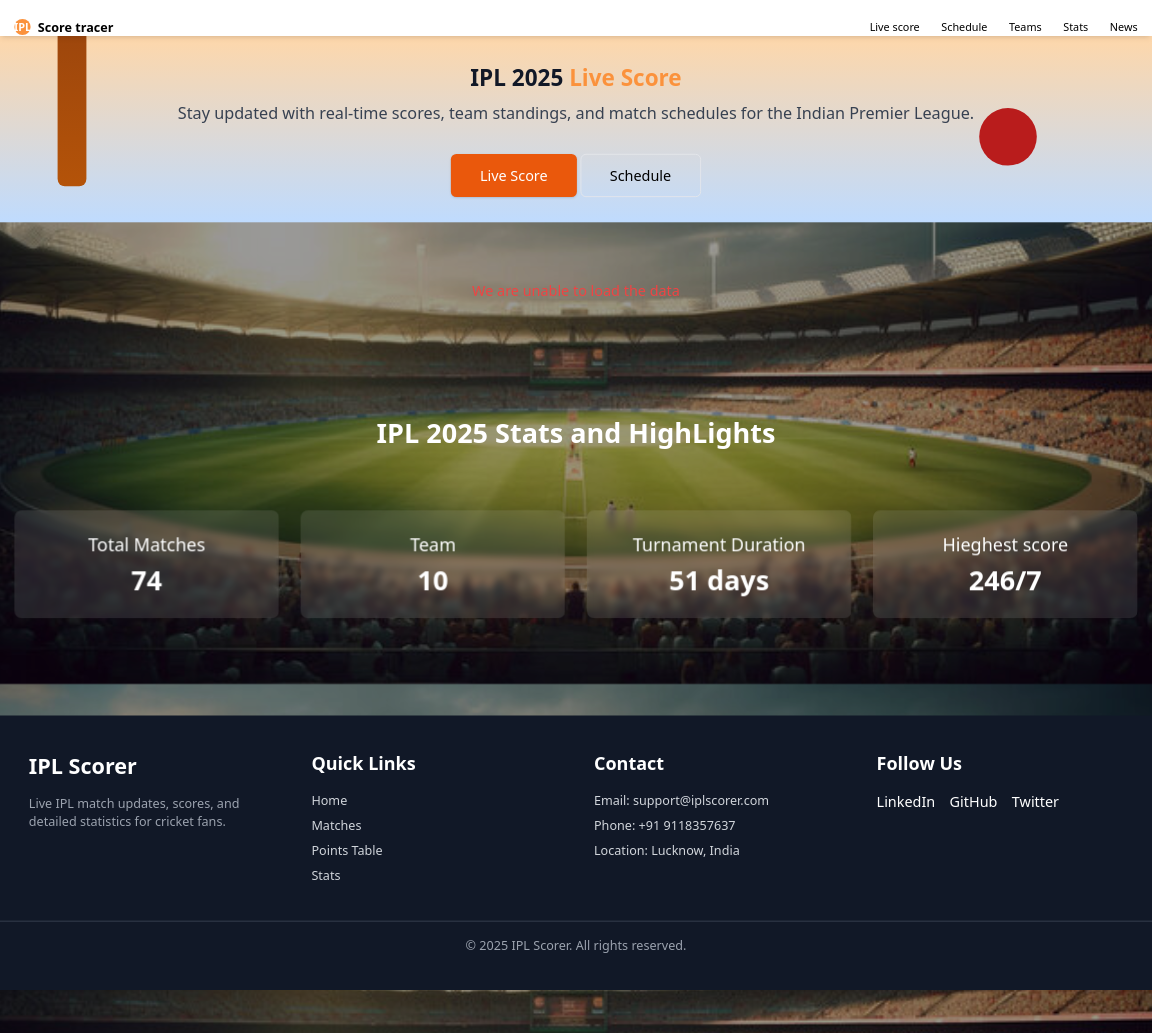
Repository: GauraVPandeyyy/IPL_PointsTable
Page: /
These files come from the project's save history. The page is drawn as it stood at one moment and after a run of saves; the edit follows.
The browser window is 1280 px wide. The pictures show the whole page, at 90% of full size.
The page's requests for data from a server got no answer. Backgrounds fixed to the window are drawn as part of the page. Some web libraries are served in a nearby version. The project was rebuilt for these pictures with package versions that can differ from the ones it lists, and the page was loaded fresh each time. No one was signed in, and anything a server would have sent is missing. Also part of the build but not shown: vite.config.js.

Above is the page before, as saved 2025-04-18 16:21:26.

After the next 2 saves:
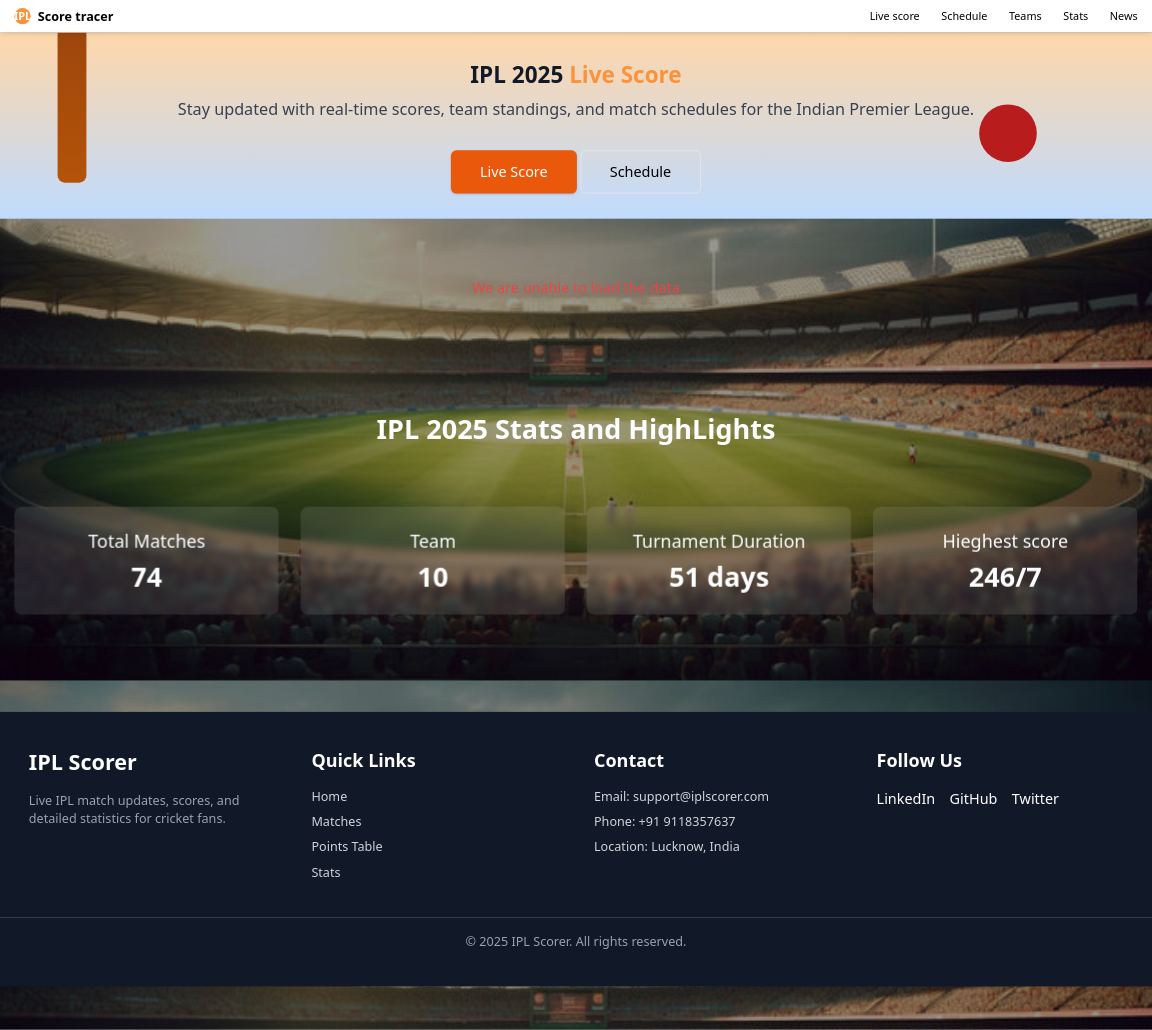
The 2 saves are shown as one change because they came seconds apart.
The last was saved 7 s later.
--- a/src/components/Header.jsx
+++ b/src/components/Header.jsx
@@ -15,7 +15,7 @@ export default function Header() {
     setIsOpen(!isopen);
   };
   return (
-    <div className="sticky h-9 pb-5 pt-5 top-0 z-50 bg-white shadow-md">
+    <div className="sticky h-9 pb-5 pt-2 top-0 z-50 bg-white shadow-md">
       <div className="container mx-auto px-4">
         {/* Logo */}
         <div className="flex items-center justify-between h-[20px]">
